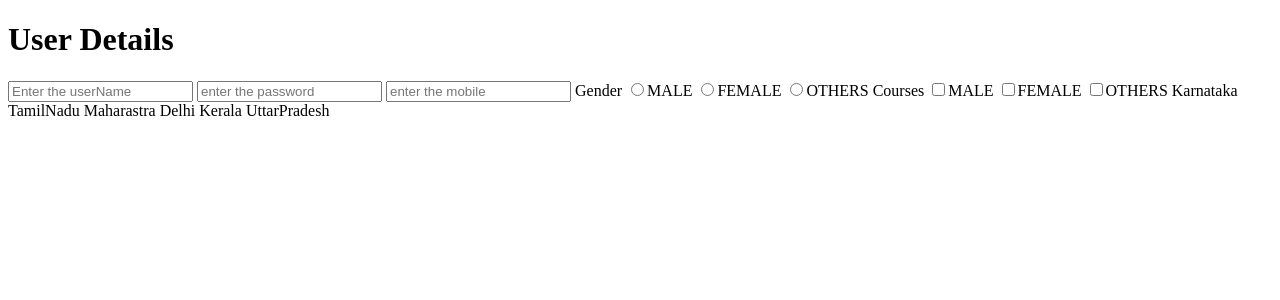
Repository: Nitin-Kalshetty/Training_Java
Page: http://localhost/usertaglibrary/controller.do
The author's editor kept a copy of each file at every save. The page is drawn from the files as they stood at one save, then again after the next save.
The browser window is 1280 px wide. The pictures show the whole page.
The page is served by Tomcat 9. Other server files are loaded and not shown.

Above is the page before, as saved 2023-05-28 10:52:07.

### usertaglibrary/src/main/webapp/register.jsp
<%@page import="java.util.List"%>
<%@ page isELIgnored="false" language="java" contentType="text/html; charset=UTF-8"
    pageEncoding="UTF-8"%>
<%@ taglib prefix="c" uri="http://java.sun.com/jsp/jstl/core" %>
<!DOCTYPE html>
<html>
<head>
<meta charset="UTF-8">
<title>Insert title here</title>
</head>
<body>

<h1>User Details</h1>
<form action="" method="POST" >
<input placeholder="Enter the userName" name="username" />
<input placeholder="enter the password" name="password" />
<input placeholder="enter the mobile" name="mobile" />
<label for="gender" >Gender</label>
<input type="radio" name="gender" value="male" />MALE
<input type="radio" name="gender" value="female" />FEMALE
<input type="radio" name="gender" value="others" />OTHERS
 <label for="courses" >Courses</label>
<input type="checkbox" name="gender" value="male" />MALE
<input type="checkbox" name="gender" value="female" />FEMALE
<input type="checkbox" name="gender" value="others" />OTHERS


<c:forEach items="${requestScope.allstates}"  var="gg">
	${gg}
</c:forEach>






</form>

</body>
</html>

### usertaglibrary/src/main/java/com/rockers/controllers/Controller.java
package com.rockers.controllers;

import java.io.IOException;
import java.util.ArrayList;
import java.util.List;

import javax.servlet.ServletException;
import javax.servlet.http.HttpServlet;
import javax.servlet.http.HttpServletRequest;
import javax.servlet.http.HttpServletResponse;

/**
 * Servlet implementation class Controller
 */
public class Controller extends HttpServlet {
	private static final long serialVersionUID = 1L;

    /**
     * @see HttpServlet#HttpServlet()
     */
	List<String> states = null;
	List<String> courses = null;
    public Controller() {
        super();
        // TODO Auto-generated constructor stub
        states = new ArrayList<>();
        states.add("Karnataka");
        states.add("TamilNadu");
        states.add("Maharastra");
        states.add("Delhi");
        states.add("Kerala");
        states.add("UttarPradesh");
        courses = new ArrayList<>();
        courses.add("JAVA");
        courses.add("C#");
        courses.add("C++");
        courses.add("Python");
        courses.add("JavaScript");

    }

	/**
	 * @see HttpServlet#doGet(HttpServletRequest request, HttpServletResponse response)
	 */
	protected void doGet(HttpServletRequest request, HttpServletResponse response) throws ServletException, IOException {
		request.setAttribute("allstates", states);
		request.setAttribute("allcourses", courses);
		request.getRequestDispatcher("register.jsp").forward(request, response);
	}

	/**
	 * @see HttpServlet#doPost(HttpServletRequest request, HttpServletResponse response)
	 */
	protected void doPost(HttpServletRequest request, HttpServletResponse response) throws ServletException, IOException {
		// TODO Auto-generated method stub
		doGet(request, response);
	}

}

After the next save:
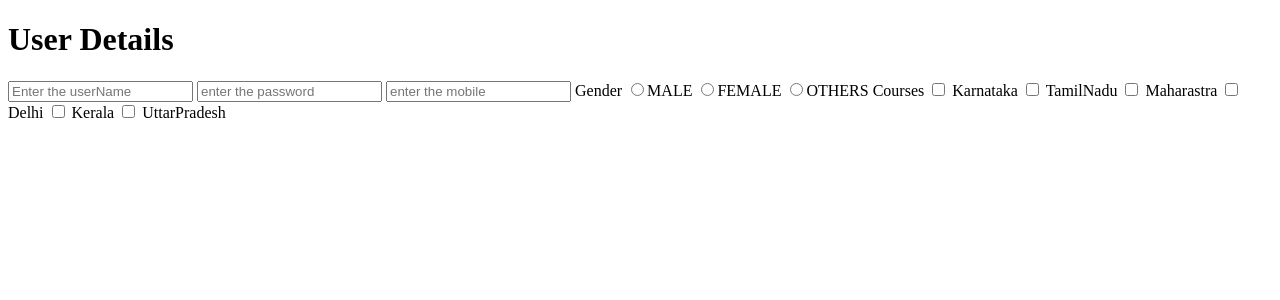
Saved 3 min 33 s later.
--- a/usertaglibrary/src/main/webapp/register.jsp
+++ b/usertaglibrary/src/main/webapp/register.jsp
@@ -20,13 +20,9 @@
 <input type="radio" name="gender" value="female" />FEMALE
 <input type="radio" name="gender" value="others" />OTHERS
  <label for="courses" >Courses</label>
-<input type="checkbox" name="gender" value="male" />MALE
-<input type="checkbox" name="gender" value="female" />FEMALE
-<input type="checkbox" name="gender" value="others" />OTHERS
+<c:forEach items="${requestScope.allstates}"  var="gg">
+<input type="checkbox" name="courses" value="${gg}" /> ${gg}
 
-
-<c:forEach items="${requestScope.allstates}"  var="gg">
-	${gg}
 </c:forEach>
 
 
